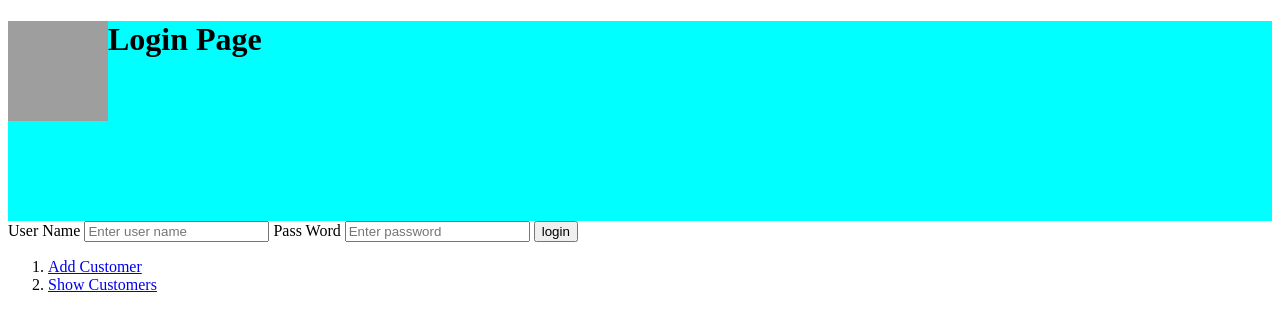
Repository: aishwarya-sankhla/JavaTraining
Page: JavaBeanExample/WebContent/index.html
The author's editor kept a copy of each file at every save. The page is drawn from the files as they stood at one save, then again after the next save.
The browser window is 1280 px wide. The pictures show the whole page.
Pictures or frames that could not be fetched are drawn as grey boxes.

Above is the page before, as saved 2018-10-04 10:36:04.

### JavaBeanExample/WebContent/index.html
<!DOCTYPE html>
<html>
<head>
<meta charset="ISO-8859-1">
<title>Insert title here</title>
<style type="text/css">
.head{
	height:200px;
	background-color: #00FFFF;
}
img{
	width: 100px;
	height: 100px;
	float: left;
}
</style>
</head>
<body>
<div class="head">
		<img alt="film" src="Images/film.png">
		<h1>Login Page</h1>
</div>
<form method="post">
	<label for="userName">User Name</label>
	<input type="text" name="userName" placeholder="Enter user name" id="userName"/>
	<label for="passWord">Pass Word</label>
	<input type="text" name="passWord" placeholder="Enter password" id="passWord"/>

	<input type="submit" value="login"/>
</form>
<nav>
	<ol>
		<li><a href="AddCutomer.jsp">Add Customer</a></li>
		<li><a href="ShowCustomers.jsp">Show Customers</a></li>
	</ol>
</nav>
</body>
</html>

After the next save:
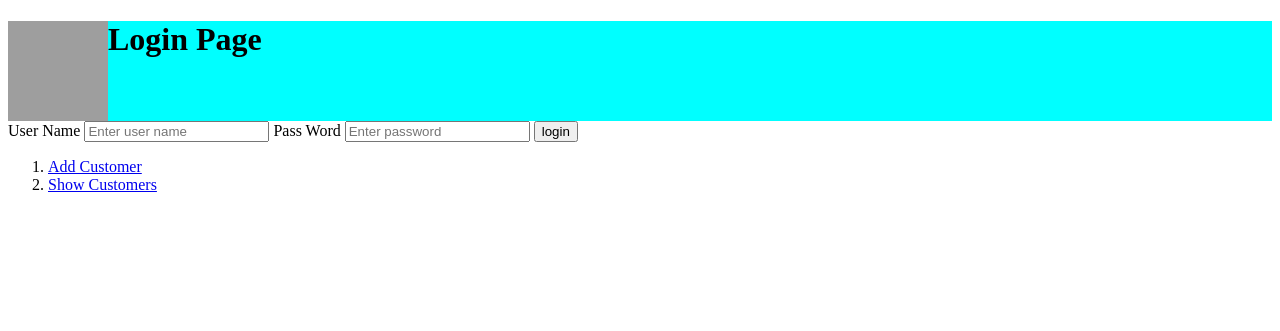
Saved 8 s later.
--- a/JavaBeanExample/WebContent/index.html
+++ b/JavaBeanExample/WebContent/index.html
@@ -5,7 +5,7 @@
 <title>Insert title here</title>
 <style type="text/css">
 .head{
-	height:200px;
+	height:100px;
 	background-color: #00FFFF;
 }
 img{
